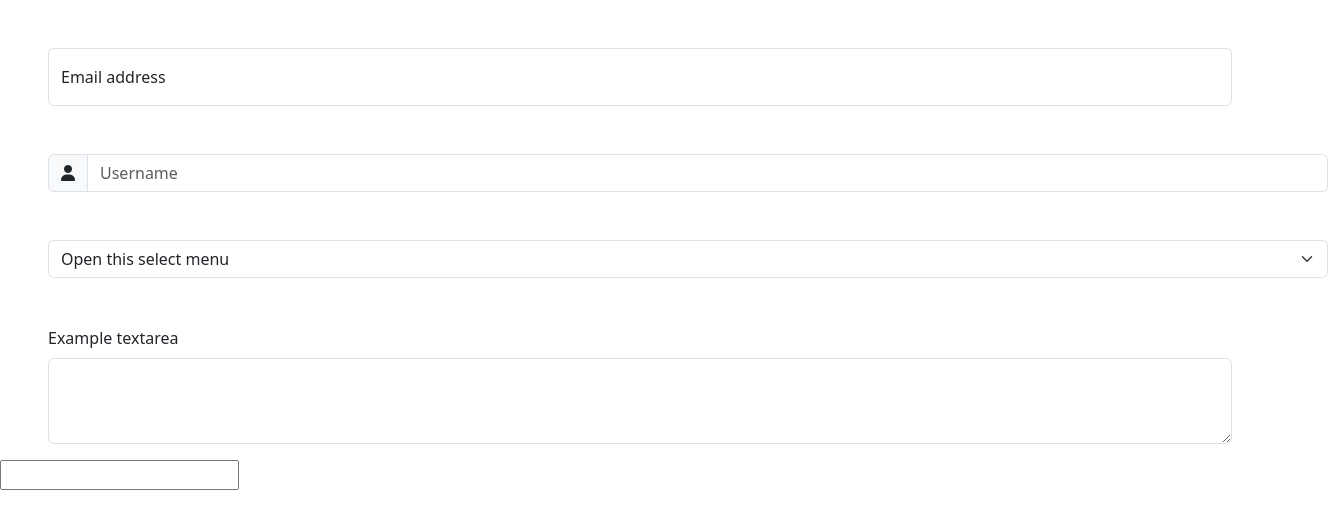
Repository: Riyakashiwala/practical
Page: riya 6th sem/form.html
The author's editor kept a copy of each file at every save. The page is drawn from the files as they stood at one save, then again after the next save.
The browser window is 1280 px wide. The page is 1328 px wide, so the pictures cover 1328 px, including what lies to the right of the window. The pictures show the whole page.

Above is the page before, as saved 2024-12-12 06:12:57.

After the next save:
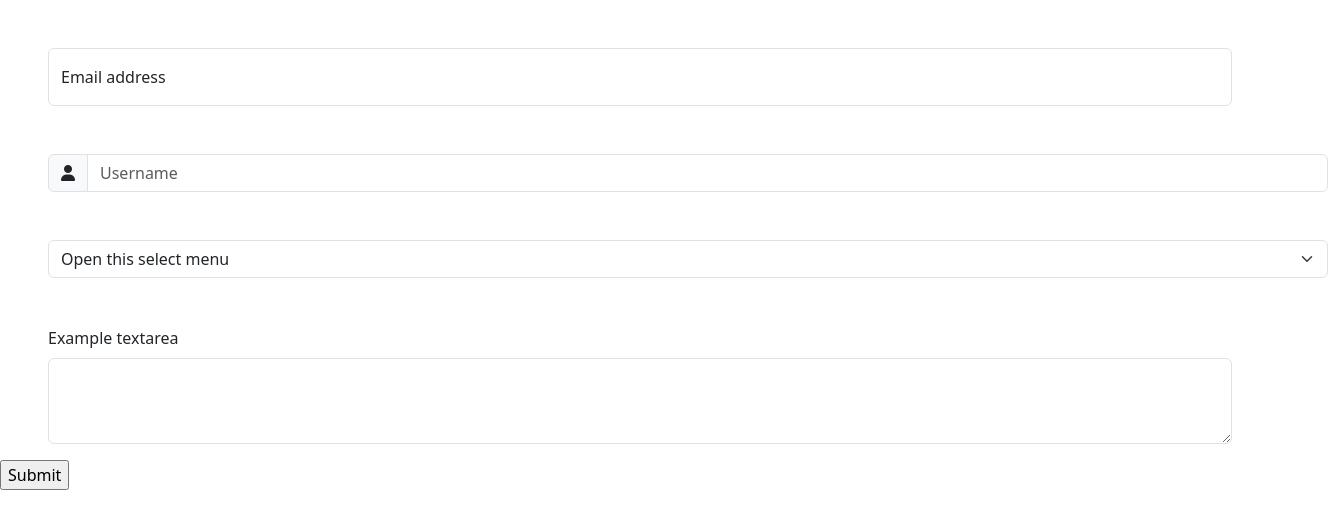
Saved 11 s later.
--- a/riya 6th sem/form.html
+++ b/riya 6th sem/form.html
@@ -31,7 +31,7 @@
         <textarea class="form-control" id="exampleFormControlTextarea1" rows="3"></textarea>
     </div>
 
-    <input class "btn btn-primary "="submit">
+    <input class "btn btn-primary ms-5" type="submit">
     <script src="https://cdn.jsdelivr.net/npm/bootstrap@5.3.3/dist/js/bootstrap.bundle.min.js" integrity="sha384-YvpcrYf0tY3lHB60NNkmXc5s9fDVZLESaAA55NDzOxhy9GkcIdslK1eN7N6jIeHz" crossorigin="anonymous"></script>
 </body>
 </html>
